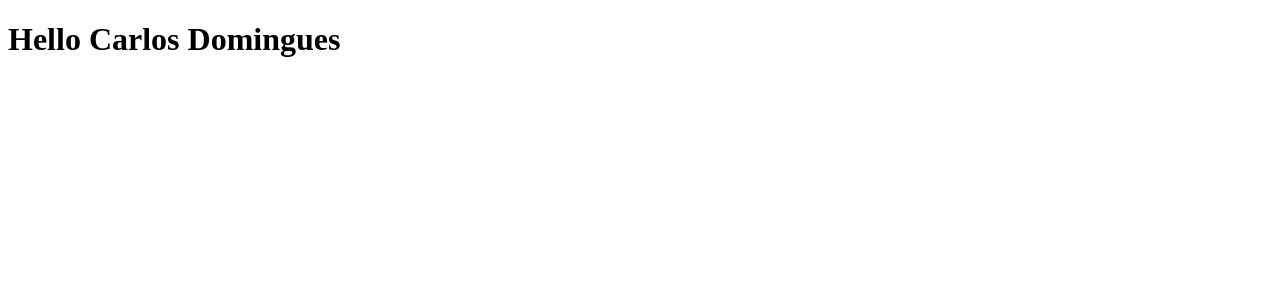
Repository: crdpc/dsdeliver
Page: /orders (app in front-web/)
The author's editor kept a copy of each file at every save. The page is drawn from the files as they stood at one save, then again after the next save.
The browser window is 1280 px wide. The pictures show the whole page.
The project was rebuilt for these pictures with package versions that can differ from the ones it lists, and the page was loaded fresh each time. Also part of the build but not shown: front-web/src/App.css.

Above is the page before, as saved 2021-01-08 22:38:34.

After the next save:
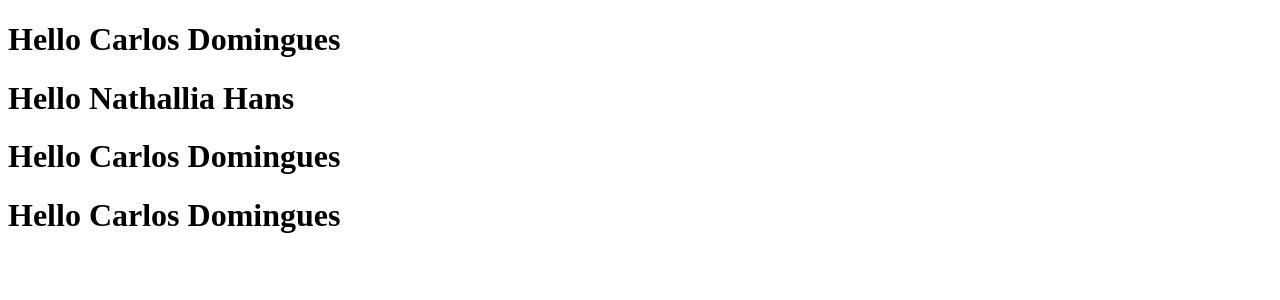
Saved 39 s later.
--- a/front-web/src/App.tsx
+++ b/front-web/src/App.tsx
@@ -6,6 +6,9 @@
   return (
     <div>
      <Hello message="Carlos Domingues" />
+     <Hello message="Nathallia Hans" />
+     <Hello message="Carlos Domingues" />
+     <Hello message="Carlos Domingues" />
     </div>
   );
 }
